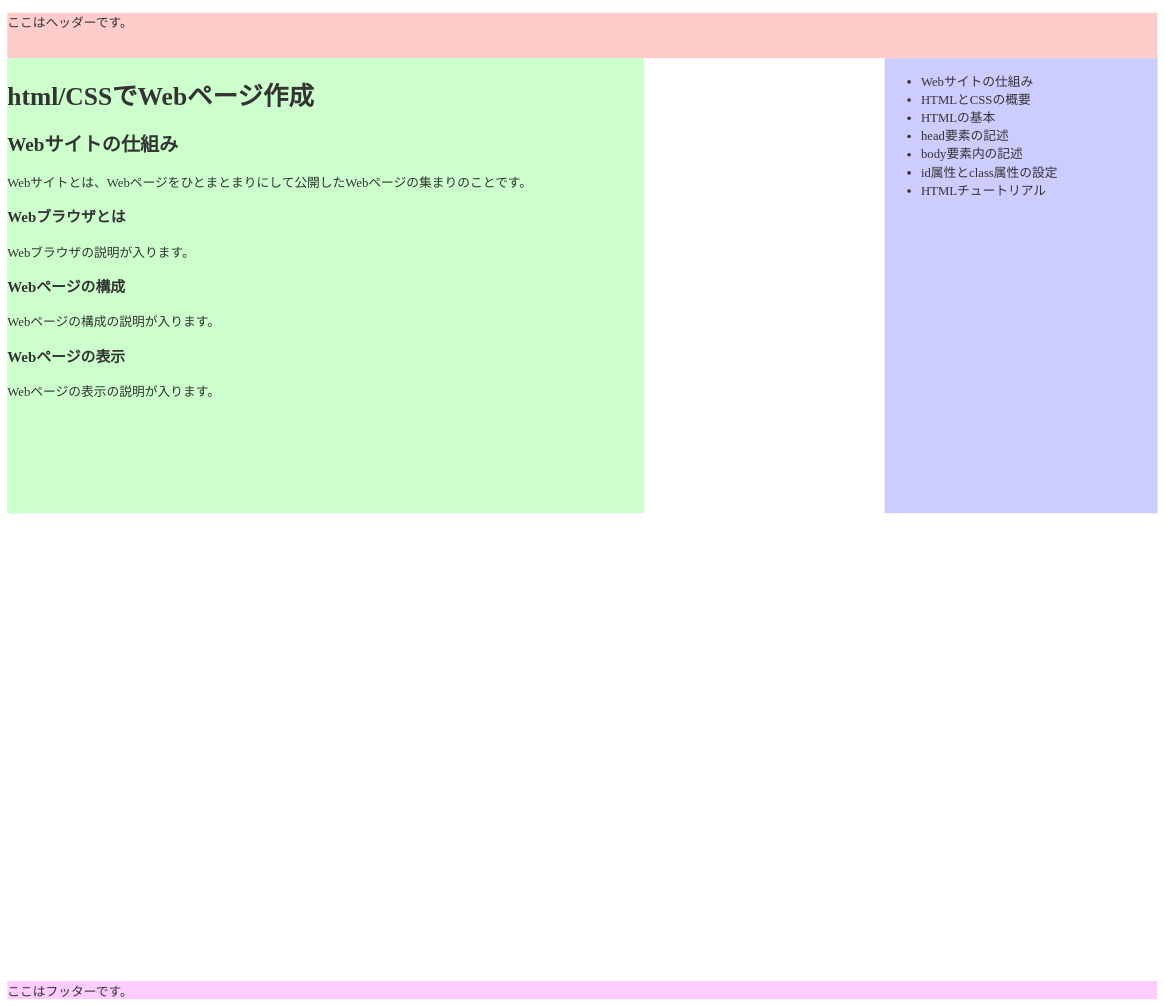
Repository: ichiro-fujii/kadai-commit
Page: lesson-htmlcss/kadai-html.html
The author's editor kept a record of every edit. The page is drawn from the files as they stood at one moment, then again after the next edit.
The browser window is 1280 px wide. The pictures show the whole page, at 91% of full size.

Above is the page before.

### lesson-htmlcss/kadai-html.html
<!DOCTYPE html>
<html lang="ja">
    <head>
        <meta charset="UTF-8">
        <title>HTML/CSSでＷｅｂページ作成</title>
        <link rel="stylesheet" href="kadai-css.css">
    </head>
    <body>
        <!--ここからヘッダー-->
        <header>
            <p>ここはヘッダーです。</p>
        </header>
        <!--wrapperはなぜ入れるのですか-->
        <div id="wrapper">
        <div id="main">
            <h1>html/CSSでWebページ作成</h1>
            <h2>Webサイトの仕組み</h2>
            <p>Webサイトとは、Webページをひとまとまりにして公開したWebページの集まりのことです。</p>
            <h3>Webブラウザとは</h3>
            <p>Webブラウザの説明が入ります。</p>
            <h3>Webページの構成</h3>
            <p>Webページの構成の説明が入ります。</p>
            <h3>Webページの表示</h3>
            <p>Webページの表示の説明が入ります。</p>
            </div>
            <nav id="menu">
                <ul>
                    <li>Webサイトの仕組み</li>
                    <li>HTMLとCSSの概要</li>
                    <li>HTMLの基本</li>
                    <li>head要素の記述</li>
                    <li>body要素内の記述</li>
                    <li>id属性とclass属性の設定</li>
                    <li>HTMLチュートリアル</li>
                </ul>
            </nav>
            </div>
            <footer>
            <p>ここはフッターです。</p>
        </footer>


    </body>
</html>

### lesson-htmlcss/kadai-css.css
@charset "UTF-8";
/*チャプター：全体の設定*/
body {

    margin: 1000;
    padding: 0;
    color: #333;
    font-size: 14px;
}
header {
    height: 50px;
    background-color:#ffcccc;
    }
#wrapper {
    height: 1000px;
    display: flex;
    justify-content:space-between;
}
#main {
    float: left;
    width: 700px;
    height: 500px;
    background-color: #ccffcc;
}
#menu {
    float: right;
    width: 300px;
    height: 500px;
    background-color: #ccccff;
}
footer {
    clear: both;
    height: 20px;
    background-color: #ffccff;
}

After the next edit:
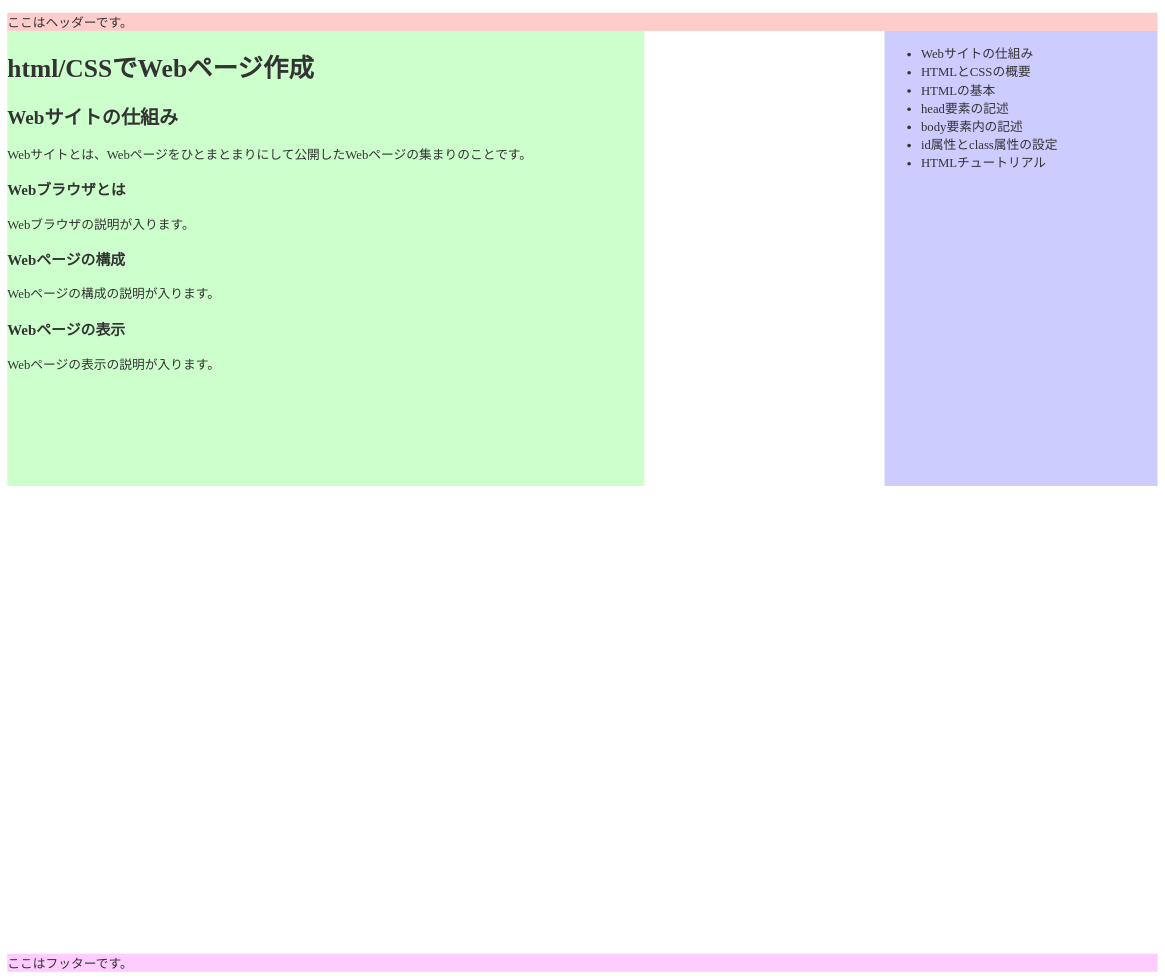
The edit:
--- a/lesson-htmlcss/kadai-css.css
+++ b/lesson-htmlcss/kadai-css.css
@@ -8,7 +8,7 @@
     font-size: 14px;
 }
 header {
-    height: 50px;
+    height: 20px;
     background-color:#ffcccc;
     }
 #wrapper {
